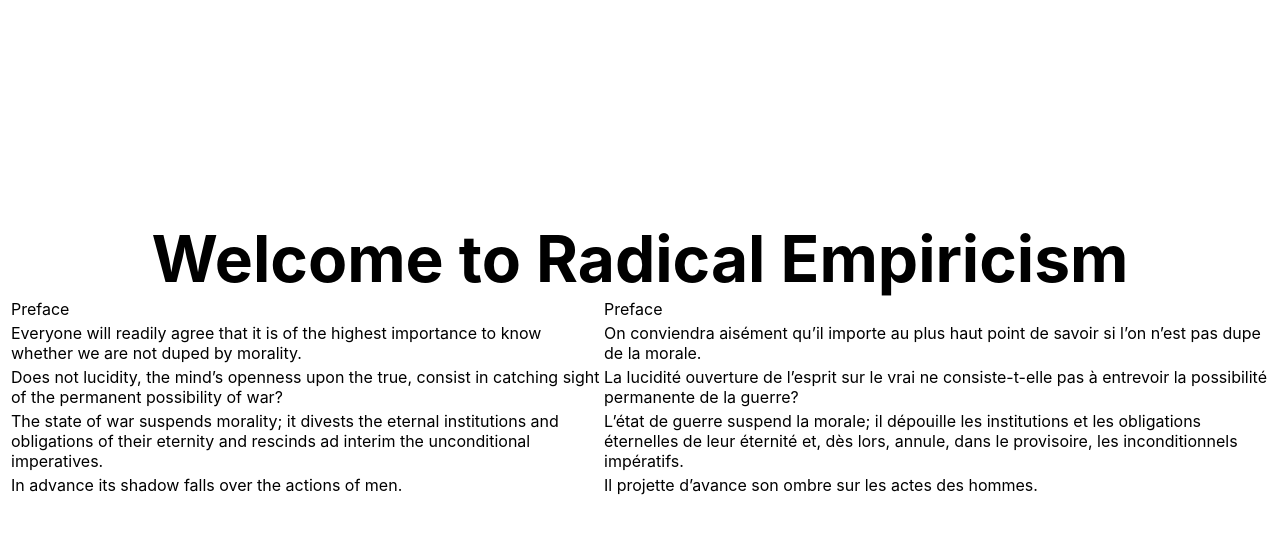
Repository: mcverter/EthicalPataphysicsOfAnarchism
Page: / (app in RadicalEmpiricism/src/nextjs/)
An editor plug-in stored every save of this project. The page is shown before and after a run of saves, followed by the edit.
The browser window is 1280 px wide. The pictures show the whole page.
The project was rebuilt for these pictures with package versions that can differ from the ones it lists, and the page was loaded fresh each time. The framework's server and built-in components were replaced by stand-ins that run in the browser.

Above is the page before, as saved 2022-01-08 19:58:02.

### RadicalEmpiricism/src/nextjs/pages/index.js
import React, { useEffect, useState } from "react";
import Head from "next/head";
import styles from "../styles/Home.module.css";
import axios from "axios";
import { tiFrench } from "../data/sentences/TIFrenchSentences";
import { tiEnglish } from "../data/sentences/TIEnglishSentences";
import { TranslationRow } from "../components/TranslationCell";

let ROOT_URL = "http://localhost:8080/src/data/sentences/";
let TIFrenchSentences, TIEnglishSentences;

export default function Home() {
  //useEffect(() => fetchSentences());
  const [frenchTISentences, setFrenchTISentences] = useState(
    tiFrench.split("\n")
  );
  const [englishTISentences, setEnglishTISentences] = useState(
    tiEnglish.split("\n")
  );
  console.log(tiFrench, frenchTISentences);
  console.log(tiEnglish, englishTISentences);

  const fetchSentences = () => {
    axios({
      headers: { "Access-Control-Allow-Origin": "*" },
      method: "get",
      url: `${ROOT_URL}TIFrenchSentences.txt`,
    })
      .then(function (response) {
        TIFrenchSentences = response.data.split("\n");
        setFrenchTISentences(TIFrenchSentences);
        debugger;
      })
      .catch((err) => console.error("err", err));
    axios({
      headers: { "Access-Control-Allow-Origin": "*" },
      method: "get",
      url: `${ROOT_URL}TIEnglishSentences.txt`,
    })
      .then(function (response) {
        TIEnglishSentences = response.data.split("\n");
        setEnglishTISentences(TIEnglishSentences);
        debugger;
      })
      .catch((err) => console.error("err", err));
  };

  return (
    <div className={styles.container}>
      <Head>
        <title>Hello Levinas Scholars</title>
      </Head>
      <main>
        <h1 className={styles.title}>Welcome to Radical Empiricism</h1>
        {frenchTISentences &&
          frenchTISentences.length > 0 &&
          englishTISentences &&
          englishTISentences.length > 0 && (
            <table>
              {[0, 1, 2, 3, 4].map((idx) => (
                <TranslationRow
                  idx={idx}
                  book={"ti"}
                  english={englishTISentences[idx]}
                  french={frenchTISentences[idx]}
                />
              ))}
            </table>
          )}
      </main>
    </div>
  );
}

### RadicalEmpiricism/src/nextjs/components/TranslationCell.jsx
import React from "react";

const EnglishCell = (english) => <td>{english}</td>;
const FrenchCell = (french) => <td>{french}</td>;

/**
 *
 * @param param0
 * @returns
 */
export const TranslationRow = ({idx, book, english, french}) => {
  debugger;
  console.log('foo')
  return (
  <tr id={book + idx} key={idx}>
    <td> {english} </td>
    <td> {french} </td>
  </tr>
);
  }

Loaded but not shown: RadicalEmpiricism/src/nextjs/pages/_app.js (common file); RadicalEmpiricism/src/nextjs/styles/globals.css (common file); RadicalEmpiricism/src/nextjs/styles/Home.module.css (common file); RadicalEmpiricism/src/nextjs/data/sentences/TIFrenchSentences.js (library); RadicalEmpiricism/src/nextjs/data/sentences/TIEnglishSentences.js (library)

After the next 2 saves:
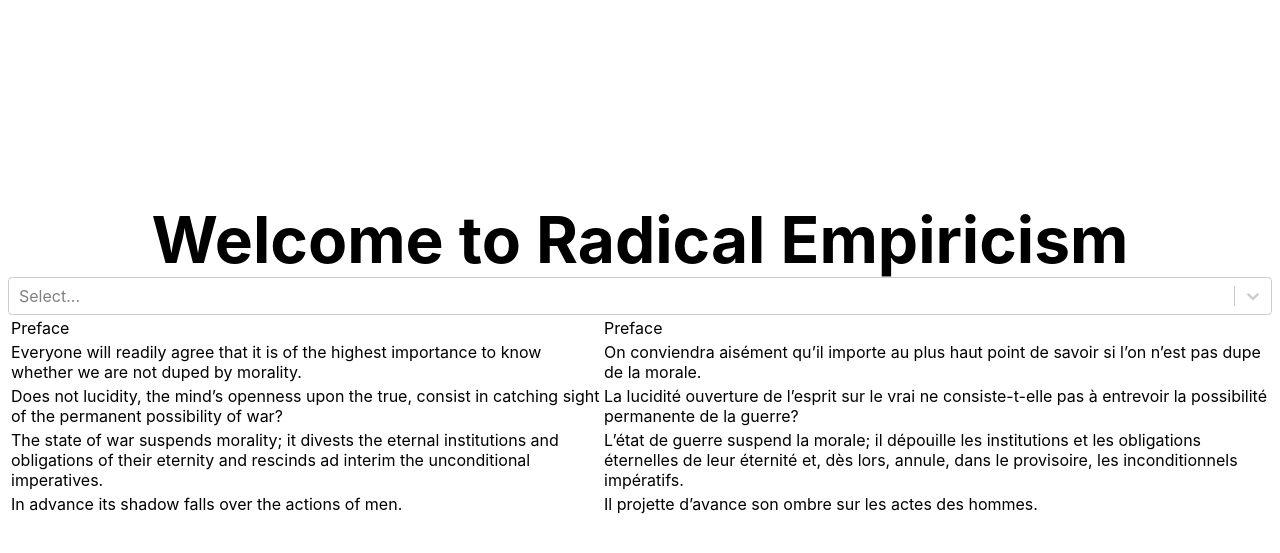
The 2 saves are shown as one change because 1 did not build or start.
The last was saved 27 min 13 s later.
--- a/RadicalEmpiricism/src/nextjs/pages/index.js
+++ b/RadicalEmpiricism/src/nextjs/pages/index.js
@@ -5,6 +5,7 @@ import axios from "axios";
 import { tiFrench } from "../data/sentences/TIFrenchSentences";
 import { tiEnglish } from "../data/sentences/TIEnglishSentences";
 import { TranslationRow } from "../components/TranslationCell";
+import Select from "react-select";
 
 let ROOT_URL = "http://localhost:8080/src/data/sentences/";
 let TIFrenchSentences, TIEnglishSentences;
@@ -17,8 +18,44 @@ export default function Home() {
   const [englishTISentences, setEnglishTISentences] = useState(
     tiEnglish.split("\n")
   );
-  console.log(tiFrench, frenchTISentences);
-  console.log(tiEnglish, englishTISentences);
+  const [selectedOption, setSelectedOption] = useState(null);
+  const options = [
+    { value: "chocolate", label: "Chocolate" },
+    { value: "strawberry", label: "Strawberry" },
+    { value: "vanilla", label: "Vanilla" },
+  ];
+
+  return (
+    <div className={styles.container}>
+      <Head>
+        <title>Hello Levinas Scholars</title>
+      </Head>
+      <main>
+        <h1 className={styles.title}>Welcome to Radical Empiricism</h1>
+        <Select
+          defaultValue={selectedOption}
+          onChange={setSelectedOption}
+          options={options}
+        />
+
+        {frenchTISentences &&
+          frenchTISentences.length > 0 &&
+          englishTISentences &&
+          englishTISentences.length > 0 && (
+            <table>
+              {[0, 1, 2, 3, 4].map((idx) => (
+                <TranslationRow
+                  idx={idx}
+                  book={"ti"}
+                  english={englishTISentences[idx]}
+                  french={frenchTISentences[idx]}
+                />
+              ))}
+            </table>
+          )}
+      </main>
+    </div>
+  );
 
   const fetchSentences = () => {
     axios({
@@ -44,30 +81,4 @@ export default function Home() {
       })
       .catch((err) => console.error("err", err));
   };
-
-  return (
-    <div className={styles.container}>
-      <Head>
-        <title>Hello Levinas Scholars</title>
-      </Head>
-      <main>
-        <h1 className={styles.title}>Welcome to Radical Empiricism</h1>
-        {frenchTISentences &&
-          frenchTISentences.length > 0 &&
-          englishTISentences &&
-          englishTISentences.length > 0 && (
-            <table>
-              {[0, 1, 2, 3, 4].map((idx) => (
-                <TranslationRow
-                  idx={idx}
-                  book={"ti"}
-                  english={englishTISentences[idx]}
-                  french={frenchTISentences[idx]}
-                />
-              ))}
-            </table>
-          )}
-      </main>
-    </div>
-  );
 }
